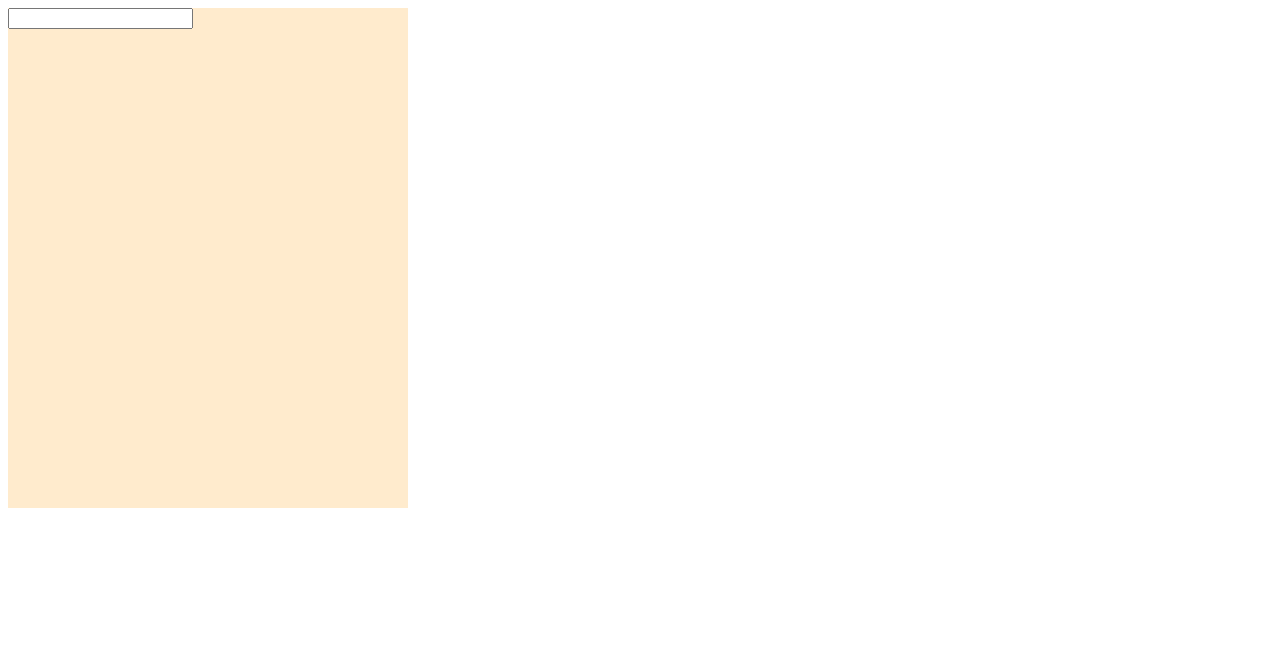
Repository: rumor1993/DreamCoding-Browser101
Page: Chapter05/index.html
An editor plug-in stored every save of this project. The page is shown before and after the next save, followed by the edit.
The browser window is 1280 px wide. The pictures show the whole page.

Above is the page before, as saved 2020-12-30 11:59:01.

### Chapter05/index.html
<!DOCTYPE html>
<html lang="en">
  <head>
    <meta charset="UTF-8" />
    <meta name="viewport" content="width=device-width, initial-scale=1.0" />
    <title>Shoopping List</title>
    <style>
      .shoopping-list {
        width: 400px;
        height: 500px;
        background-color: blanchedalmond;
      }
    </style>
  </head>
  <body>
    <div class="shoopping-list">
      <div class="header"></div>
      <div class="contents">
        <input type="text" class="" />
      </div>
      <div class="footer"></div>
    </div>
  </body>
</html>

After the next save:
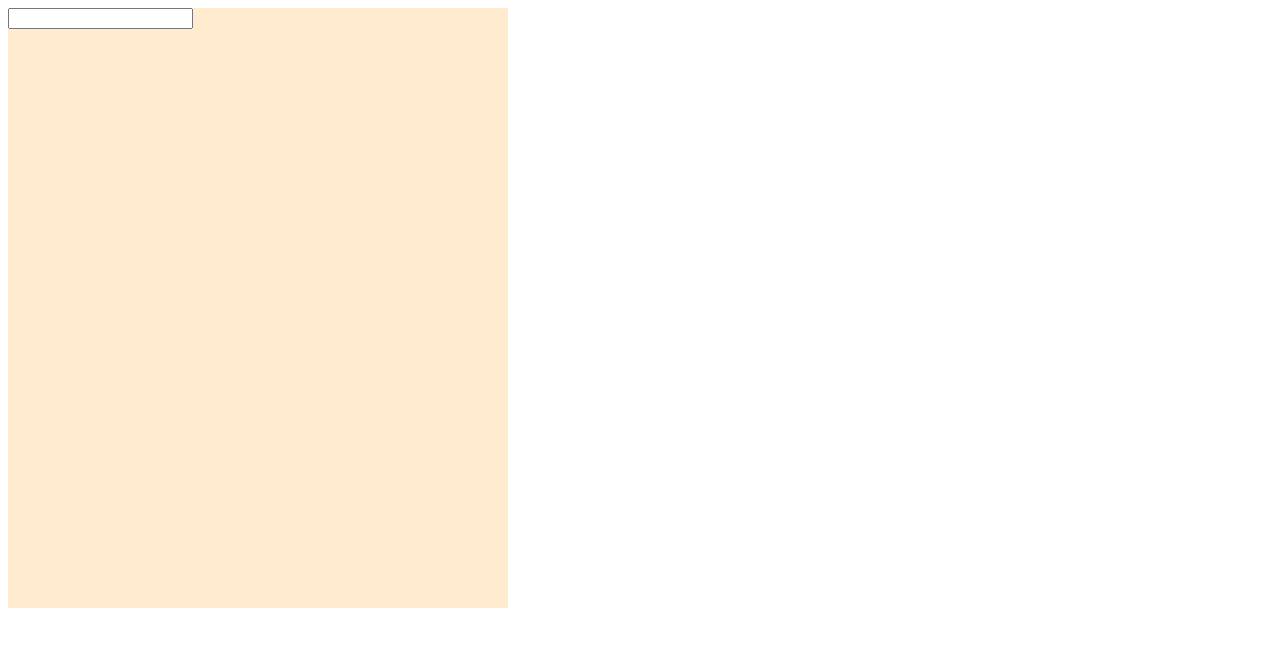
Saved 5 s later.
--- a/Chapter05/index.html
+++ b/Chapter05/index.html
@@ -6,8 +6,8 @@
     <title>Shoopping List</title>
     <style>
       .shoopping-list {
-        width: 400px;
-        height: 500px;
+        width: 500px;
+        height: 600px;
         background-color: blanchedalmond;
       }
     </style>
